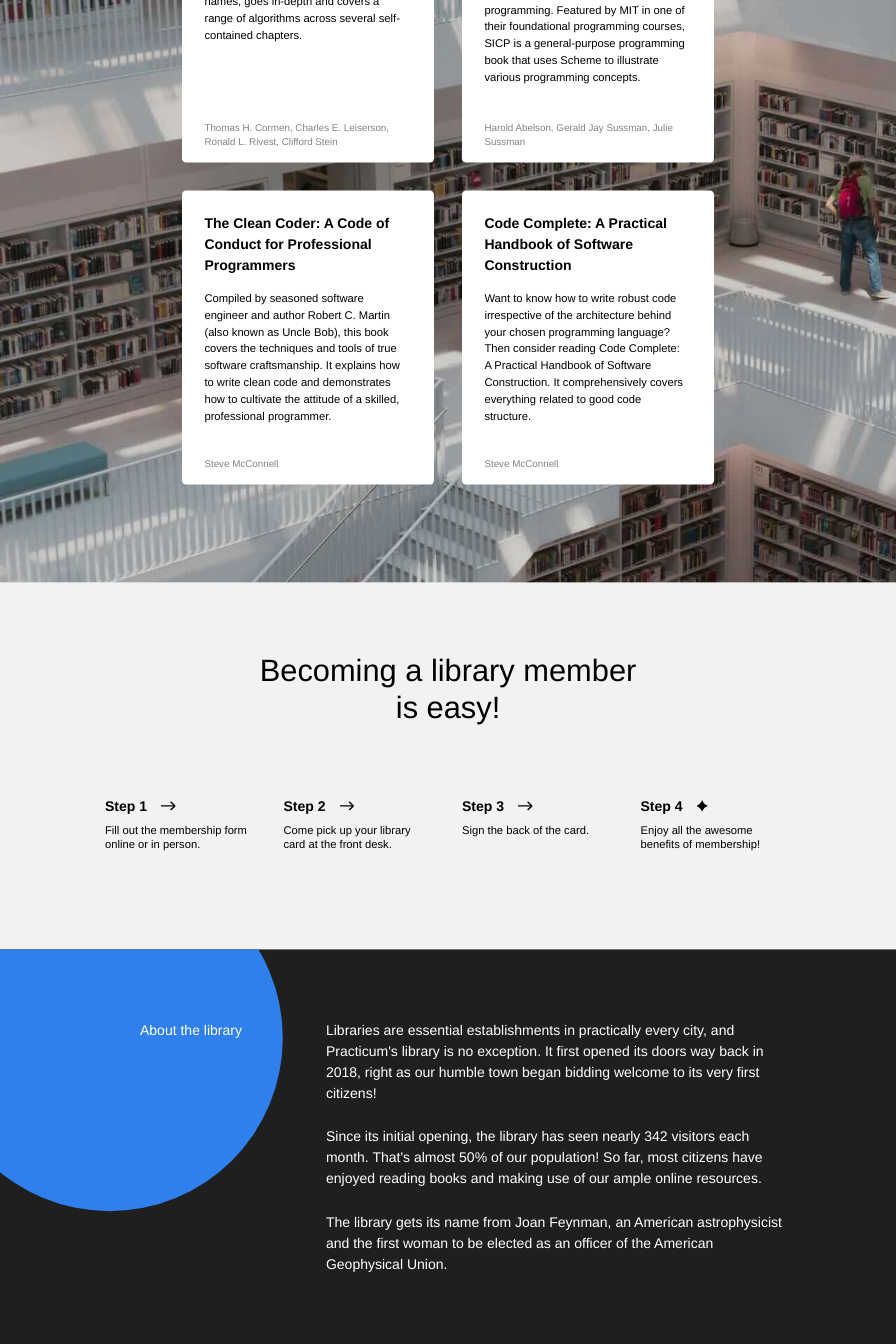
Repository: MWilliams-26/se_project_library
Page: index.html
These files come from the project's save history. The page is drawn as it stood at one moment and after the next save; the edit follows.
The browser window is 1280 px wide. The pictures show the part of the page from y = 2006 to 3926 px (the page is 3926 px tall), at 70% of full size.

Above is the page before, as saved 2023-04-04 12:21:49.

After the next save:
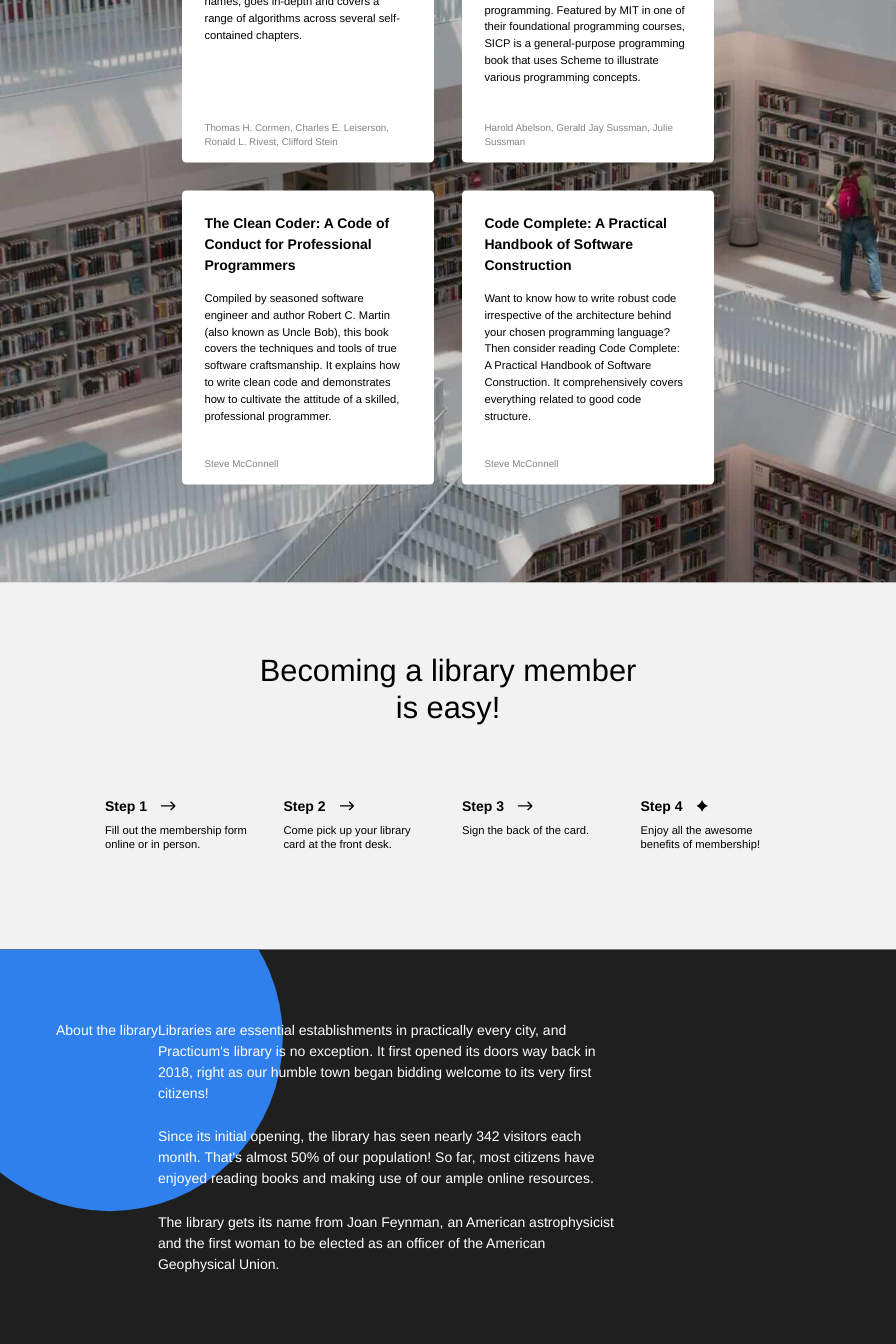
Saved 15 s later.
--- a/styles/style.css
+++ b/styles/style.css
@@ -361,7 +361,7 @@
 }
 
 .about__title {
-  margin: 0 120px;
+  margin: 0 0 120px;
   font-size: 20px;
   line-height: 30px;
   font-weight: 500;
